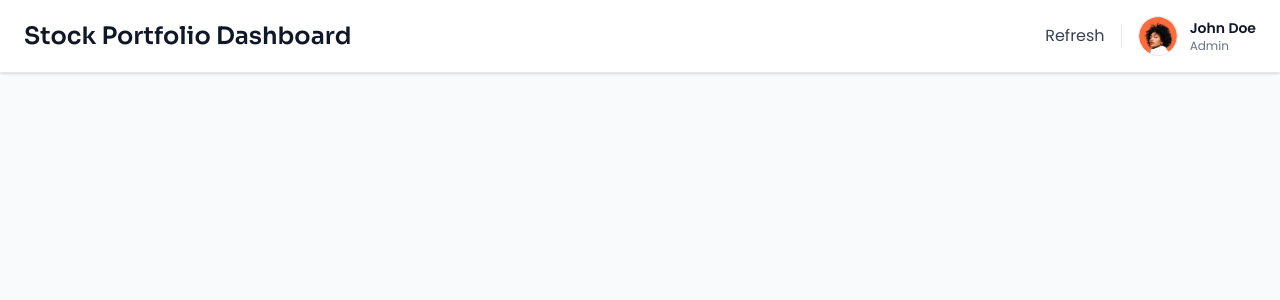
Repository: jabir12-12/inten-project
Page: /
These files come from the project's save history. The page is drawn as it stood at one moment and after the next save; the edit follows.
The browser window is 1280 px wide. The pictures show the whole page.
The project was rebuilt for these pictures with package versions that can differ from the ones it lists, and the page was loaded fresh each time. The framework's server and built-in components were replaced by stand-ins that run in the browser. Also part of the build but not shown: next.config.ts.

Above is the page before, as saved 2025-05-17 13:18:47.

### src/pages/index.tsx
'use client';
import React, { useState } from 'react';
import Image from 'next/image';

export default function Home() {

  return (
    <div className="bg-gray-50 min-h-screen flex flex-col">
      {/* Header */}
      <header className="sticky top-0 z-10 flex justify-between px-4 md:px-6 py-3 md:py-4 bg-white border-b border-gray-200 shadow-sm items-center">
        <div className="flex items-center">
          <h1 className="text-gray-900 font-semibold text-xl md:text-2xl">Stock Portfolio Dashboard</h1>
        </div>
        <div className="flex items-center gap-2 md:gap-4">
          <button className="hidden md:block hover:text-blue-600 text-gray-700 transition-colors">
            Refresh
          </button>
          <div className="hidden md:block bg-gray-200 h-6 w-px"></div>
          <div className="flex items-center gap-2 md:gap-3">
            <div className="h-8 w-8 md:h-10 md:w-10 overflow-hidden rounded-full border border-gray-200">
              <Image
                src="/images/Ellipse 1534 (6).svg"
                alt="User profile"
                className="h-full w-full object-cover"
                width={40}
                height={40}
              />
            </div>
            <div className="hidden md:flex flex-col">
              <span className="text-gray-900 text-sm font-semibold">John Doe</span>
              <span className="text-gray-500 text-xs">Admin</span>
            </div>
          </div>
        </div>
      </header>
    </div>
  );
}

### src/styles/globals.css
@import url('https://fonts.googleapis.com/css2?family=Poppins:wght@400;500;600&family=Inter:wght@400;500;600&family=Sora:wght@400;500;600;700;800&display=swap');
@import url('https://fonts.googleapis.com/css2?family=Inter:wght@400;700&display=swap');

@import "tailwindcss";

body {
  background-color: #f7f8fb;
  margin: 0;
  padding: 0;
  font-family: 'Poppins', sans-serif;
  justify-content: center;
  align-items: center;
  height: 100vh;
}

.video-js .vjs-playback-rate {
  font-size: 10px;
  transform: translateY(12px);
  /* Moves the button down by 10px */

}

.heading .head {
  font-family: 'Sora', sans-serif;
  font-size: 24px;
  /* Example size */
  font-weight: 700;
}

/* Example for other headings if needed */
h1,
h2,
h3,
h4,
h5,
h6 {
  font-family: 'Sora', sans-serif;
}

h3 {
  font-size: 18px;
  font-weight: 600;
}

/* Ensure that other text elements use Poppins */
p,
span,
div {
  font-family: 'Poppins', sans-serif;
}

.button {
  outline: none;
}

/* Custom scrollbar styles */

::-webkit-scrollbar {
  width: 7px;
  height: 7px;
}

::-webkit-scrollbar-thumb {
  background-color: rgba(234, 236, 240, 1);
  ;

  border-radius: 100px;
}

::-webkit-scrollbar-track {
  background: "white";

}

/* THIS IS FOR TEXT-EDITOR IN DISSCUSSION TAB --------------------------*/
.custom-quill .ql-container {
  border: none !important;
  /* Remove the border from the container */
}

.custom-quill .ql-editor {
  border: none !important;
  /* Ensure no border around the editor */
}

.custom-quill:focus {
  outline: none;
  /* Remove outline on focus */
}

.custom-quill .ql-editor {
  font-size: 16px;
  /* Set text size to 16px */
  font-family: 'Poppins', sans-serif;
  font-style: normal;
  /* Use the Poppins font */

}

.custom-quill .ql-editor:empty::before {

  /* Show placeholder */
  color: #667085;
  /* Placeholder color */
  font-family: 'Poppins', sans-serif;
  font-style: normal;
  /* Poppins font for placeholder */
  font-size: 16px;
  /* Placeholder size */
  position: absolute;
  /* Position it absolutely */
  left: 10px;
  /* Adjust according to your padding */
  top: 10px;
  /* Adjust according to your padding */
  pointer-events: none;
  /* Prevent interaction */
}

.custom-quill .ql-editor:focus::before {
  display: none;
  /* Hide placeholder on focus */
}

/* -------------------------------------------------- */
/* FOR TOOLTIP FOR TEST PAGE ONLY ->learn Tab */


.tooltipText {
  position: absolute;
  color: white;
  bottom: 125%;
  /* Position above the button */
  left: 50%;
  /* Center horizontally */
  transform: translateX(-50%);
  /* Adjust to center the tooltip */

  z-index: 3;
  background-color: #131313;
  box-shadow: 0 5px 10px rgba(0, 0, 0, 0.3);
  padding: 6px 14px;
  /* Padding inside the tooltip */
  width: 204px;
  /* Fixed width */
  height: auto;
  /* Hug content (height grows with content) */
  min-height: 78px;
  /* Minimum height */
  font-size: 15px;
  font-weight: 400;
  border-radius: 5px;
  white-space: normal;
  /* Allow text wrapping for longer content */
  opacity: 0;
  pointer-events: none;
  transition: all 0.4s ease;
}

.tooltip:hover .tooltipText {
  opacity: 1;
  pointer-events: auto;
  transform: translate(-50%, -10px);
  /* Move tooltip slightly up on hover */
}

.drawer-overlay {
  background-color: transparent !important;
  /* Makes the overlay transparent */
}

/* magic.module.css */
.customCheckbox input[type="checkbox"]:checked {
  background-color: #9012FF;
  border-color: #9012FF;
}

/* Add this to your global CSS file */
.ql-container .ql-editor img {
  cursor: pointer;
}

.image-resizer {
  border: 1px dashed #999;
  position: absolute;
}

.image-resizer .resize-handle {
  background-color: #fff;
  border: 1px solid #999;
  height: 8px;
  width: 8px;
  position: absolute;
}

.image-resizer .resize-handle.se {
  bottom: -5px;
  right: -5px;
  cursor: se-resize;
}

.image-resizer .resize-handle.sw {
  bottom: -5px;
  left: -5px;
  cursor: sw-resize;
}

.image-resizer .resize-handle.ne {
  top: -5px;
  right: -5px;
  cursor: ne-resize;
}

.image-resizer .resize-handle.nw {
  top: -5px;
  left: -5px;
  cursor: nw-resize;
}


@layer base {
  :root {
    --radius: 0.5rem;
    --chart-1: 12 76% 61%;
    --chart-2: 173 58% 39%;
    --chart-3: 197 37% 24%;
    --chart-4: 43 74% 66%;
    --chart-5: 27 87% 67%;
  }

  .dark {
    --chart-1: 220 70% 50%;
    --chart-2: 160 60% 45%;
    --chart-3: 30 80% 55%;
    --chart-4: 280 65% 60%;
    --chart-5: 340 75% 55%;
  }
}

Loaded but not shown: src/pages/_app.tsx (common file); src/pages/_document.tsx (common file)

After the next save:
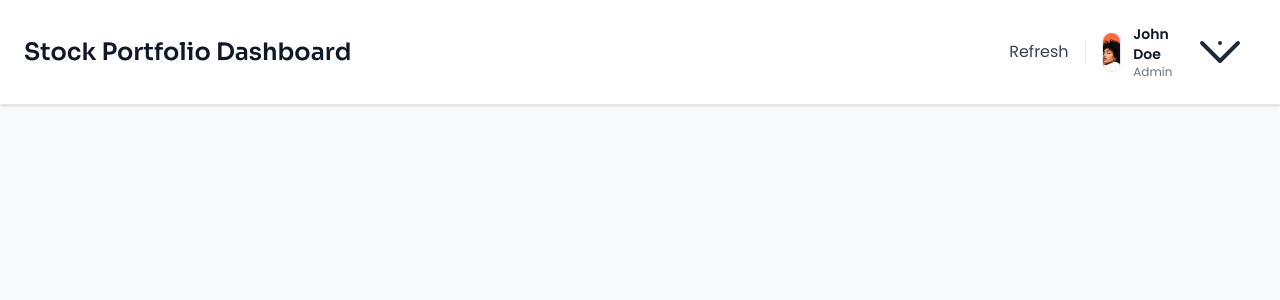
Saved 114 s later.
--- a/src/pages/index.tsx
+++ b/src/pages/index.tsx
@@ -30,6 +30,13 @@ export default function Home() {
               <span className="text-gray-900 text-sm font-semibold">John Doe</span>
               <span className="text-gray-500 text-xs">Admin</span>
             </div>
+            <Image
+              src="/images/Frame (21).svg"
+              alt="User profile"
+              className="h-full w-full object-cover"
+              width={40}
+              height={40}
+            />
           </div>
         </div>
       </header>
